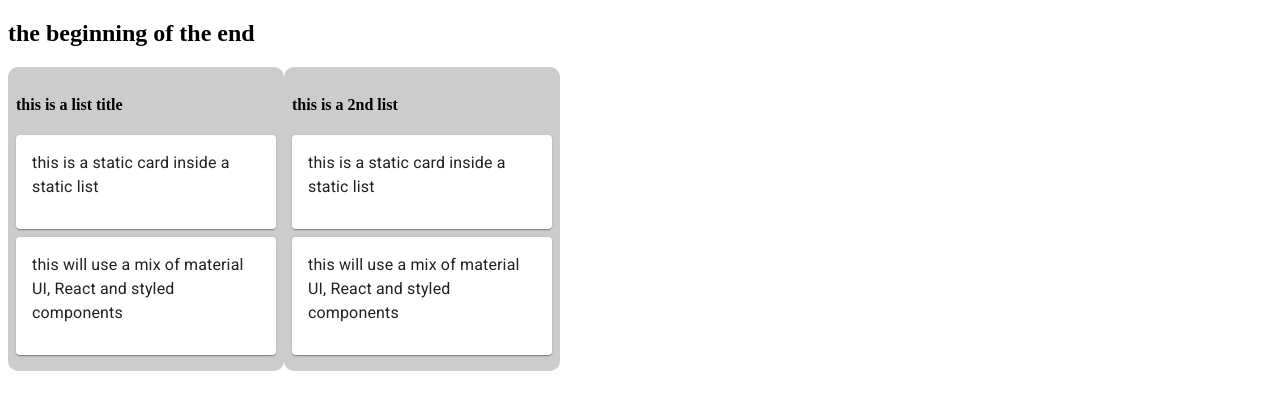
Repository: DesterStorm/Crello
Page: /
These files come from the project's save history. The page is drawn as it stood at one moment and after a run of saves; the edit follows.
The browser window is 1280 px wide. The pictures show the whole page.
The project was rebuilt for these pictures with package versions that can differ from the ones it lists, and the page was loaded fresh each time.

Above is the page before, as saved 2020-05-12 15:17:04.

After the next 2 saves:
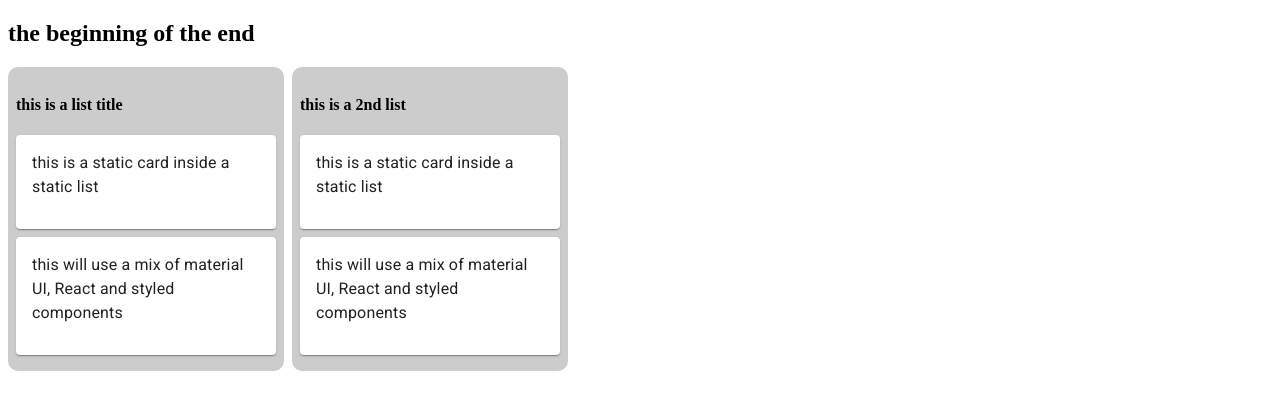
The 2 saves are shown as one change because 1 did not build or start.
The last was saved 16 s later.
--- a/src/components/CrelloList.js
+++ b/src/components/CrelloList.js
@@ -17,7 +17,8 @@ const styles = {
     backgroundColor: '#ccc',
     borderRadius: 10,
     width: 260,
-    padding: 8
+    padding: 8,
+    marginRight: 8
   }
 }
 
